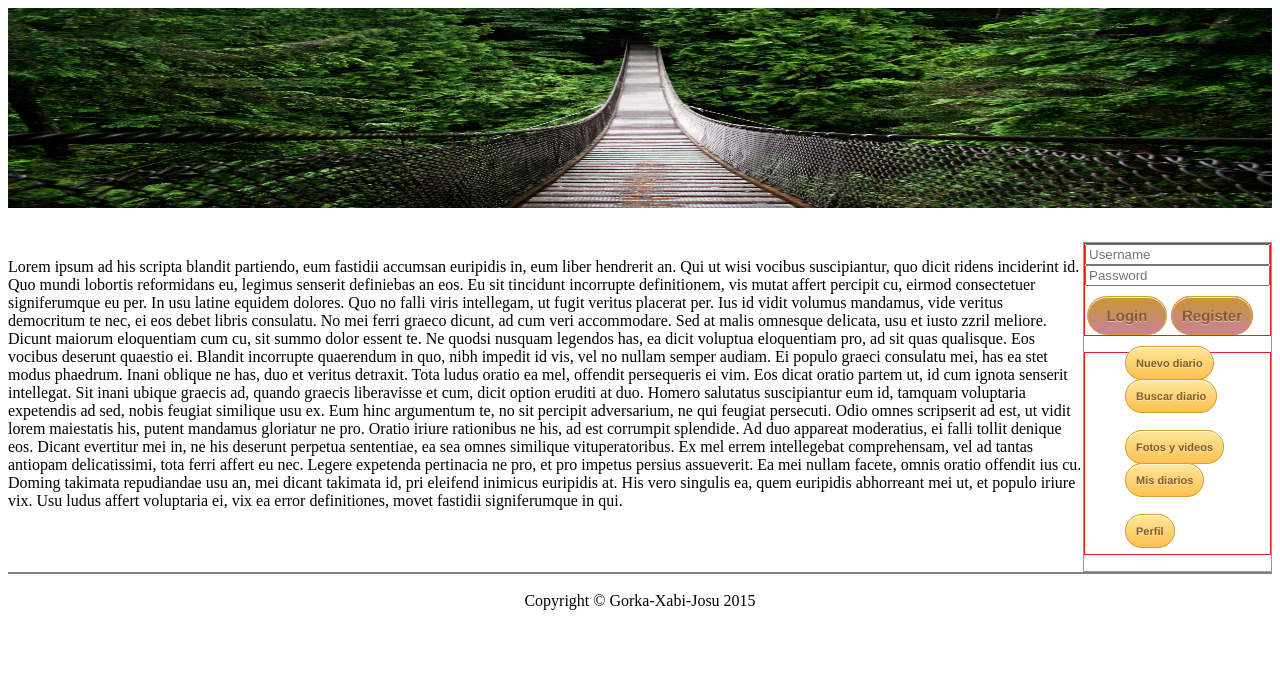
Repository: Deathdance/proyectoviajes
Page: routes/info.html
The author's editor kept a record of every edit. The page is drawn from the files as they stood at one moment, then again after the next edit.
The browser window is 1280 px wide. The pictures show the whole page.

Above is the page before.

### routes/info.html
<!doctype html>
<html lang="es">
	<head background="../images/granbazar.jpg">
		<meta charset="utf-8" />
		<title>Diario de viajes</title>
			<link href="../css/main.css" rel="stylesheet" type="text/css">
	</head>
<body>
<header id="top_header">
		<img id="imgcabecera" src="../images/hanged-bridge-in-the-jungle-wide.jpg" />
</header>
			<section class="menu">
				<div class="submenu">
					<div>
	                	<input type="text" placeholder="Username" required="" id="username" name="username"/>
	            	</div>
	            	<div>
	            		<input type="password" placeholder="Password" required="" id="password" name="password"/>
	            	</div>
					<div class="logires">
						<input id="log" type="submit" class="btn2" value="Login" />
						<a class="btn2"  href="registro.html" target="_self">Register</a>
					</div>
				</div>
				<div>
					<ul class="submenu2">
						<div class="mem">
						<li><a class="btn" href="info.html" target="_self">Nuevo diario</a></li>
						<li><a class="btn" href="info.html" target="_self">Buscar diario</a></li>
						</div>
						<br>
						<div class="mem">
						<li><a class="btn" href="fotosvideos.html" target="_self">Fotos y videos</a></li>
						<li><a class="btn" href="info.html" target="_self">Mis diarios</a></li>
						</div>
						<br>
						<li><a class="btn" href="perfil.html" target="_self">Perfil</a></li>
					</ul>
				</div>
			</section>
			<section id="main_section">
				<div id="cuerpo">
					<p>Lorem ipsum ad his scripta blandit partiendo, eum fastidii accumsan euripidis in, eum liber hendrerit an. Qui ut wisi vocibus suscipiantur, quo dicit ridens inciderint id. Quo mundi lobortis reformidans eu, legimus senserit definiebas an eos. Eu sit tincidunt incorrupte definitionem, vis mutat affert percipit cu, eirmod consectetuer signiferumque eu per. In usu latine equidem dolores. Quo no falli viris intellegam, ut fugit veritus placerat per.

					Ius id vidit volumus mandamus, vide veritus democritum te nec, ei eos debet libris consulatu. No mei ferri graeco dicunt, ad cum veri accommodare. Sed at malis omnesque delicata, usu et iusto zzril meliore. Dicunt maiorum eloquentiam cum cu, sit summo dolor essent te. Ne quodsi nusquam legendos has, ea dicit voluptua eloquentiam pro, ad sit quas qualisque. Eos vocibus deserunt quaestio ei.

					Blandit incorrupte quaerendum in quo, nibh impedit id vis, vel no nullam semper audiam. Ei populo graeci consulatu mei, has ea stet modus phaedrum. Inani oblique ne has, duo et veritus detraxit. Tota ludus oratio ea mel, offendit persequeris ei vim. Eos dicat oratio partem ut, id cum ignota senserit intellegat. Sit inani ubique graecis ad, quando graecis liberavisse et cum, dicit option eruditi at duo. Homero salutatus suscipiantur eum id, tamquam voluptaria expetendis ad sed, nobis feugiat similique usu ex.

					Eum hinc argumentum te, no sit percipit adversarium, ne qui feugiat persecuti. Odio omnes scripserit ad est, ut vidit lorem maiestatis his, putent mandamus gloriatur ne pro. Oratio iriure rationibus ne his, ad est corrumpit splendide. Ad duo appareat moderatius, ei falli tollit denique eos. Dicant evertitur mei in, ne his deserunt perpetua sententiae, ea sea omnes similique vituperatoribus. Ex mel errem intellegebat comprehensam, vel ad tantas antiopam delicatissimi, tota ferri affert eu nec. Legere expetenda pertinacia ne pro, et pro impetus persius assueverit.

					Ea mei nullam facete, omnis oratio offendit ius cu. Doming takimata repudiandae usu an, mei dicant takimata id, pri eleifend inimicus euripidis at. His vero singulis ea, quem euripidis abhorreant mei ut, et populo iriure vix. Usu ludus affert voluptaria ei, vix ea error definitiones, movet fastidii signiferumque in qui.
					</p>




				</div>




			</section>

			<footer id="the_footer">
			<br>
			Copyright © Gorka-Xabi-Josu 2015
			</footer>
</body>
</html>

### css/main.css
h1{
	font: bold 20px Times;
	color: black;
	text-align: center;
	border:1px solid red;
}

#top_header{
	-webkit-box-flex:1;
	text-align: left;
	image-attachment: fixed;
}
#top_header a{
	margin-left: 5px;
	padding: 5px;
}
#top_header div{
		margin-top: 5px;
}
#imgcabecera{
	width:100%;
	height:200px;
	margin:0px;
	padding:0px;
	position: relative;
	top:0px;
 	left:0px;
}
.menu{
	border: 1px solid #999994;
	list-style:none;
	padding: 0px;
	margin-top: 30px;
	display:block;
	float:right;
}
.menu li{
	margin-bottom: 15px;
}
.menu a{
	margin-right: 15px;
	text-decoration: none;
	padding: 10px;
}
.logires{
	margin-top: 10px;
}
.submenu{
	text-align: center;
	border: 1px solid #ed1c24;
}
#log{
	width: 80px;
	height: 39px;
}
.submenu2{
	clear:both;
	list-style:none;
	border: 1px solid #ed1c24;
}
#panel{
	display: left;
}
#diario{
	margin-left: 160px;
	margin-right: 10px;
}

#main_section{
	margin-top: 30px;
	margin-left: -120px;
	display: -webkit-box;
	-webkit-box-orient: horizotal;
	-webkit-box-pack: left;
	-webkit-box-align: left;
	/*-webkit-box-pack: center;
	-webkit-box-align: center;
	-webkit-box-align: stretch;*/
}
#the_footer{
	clear: both;
	text-align: center;
	border-top: 2px solid grey;
	margin-top: 25px;
}

#cuerpo{
	display: left;
	/*padding-left: 200px;*/
}
.formderecha{
	position: absolute;
	right: 430px;
	top: 225px;
}
.foto{
	position: absolute;
	right: 180px;
	top: 425px;
}
#imagenprofile{
	width: 60px;
	height: 100px;
	position: absolute;
	right: 35px;
	top: -120px;
}
.btn {
  background: rgb(254,231,154);
  background: -moz-linear-gradient(top,  rgba(254,231,154,1) 0%, rgba(254,193,81,1) 100%);
  background: -webkit-linear-gradient(top,  rgba(254,231,154,1) 0%,rgba(254,193,81,1) 100%);
  background: -o-linear-gradient(top,  rgba(254,231,154,1) 0%,rgba(254,193,81,1) 100%);
  background: -ms-linear-gradient(top,  rgba(254,231,154,1) 0%,rgba(254,193,81,1) 100%);
  background: linear-gradient(top,  rgba(254,231,154,1) 0%,rgba(254,193,81,1) 100%);
  filter: progid:DXImageTransform.Microsoft.gradient( startColorstr='#fee79a', endColorstr='#fec151',GradientType=0 );
  -webkit-border-radius: 30px;
  -moz-border-radius: 30px;
  -ms-border-radius: 30px;
  -o-border-radius: 30px;
  border-radius: 30px;
  -webkit-box-shadow: 0 1px 0 rgba(255,255,255,0.8) inset;
  -moz-box-shadow: 0 1px 0 rgba(255,255,255,0.8) inset;
  -ms-box-shadow: 0 1px 0 rgba(255,255,255,0.8) inset;
  -o-box-shadow: 0 1px 0 rgba(255,255,255,0.8) inset;
  box-shadow: 0 1px 0 rgba(255,255,255,0.8) inset;
  border: 1px solid #D69E31;
  color: #85592e;
  cursor: pointer;
  font: bold 11px Helvetica, Arial, sans-serif;
  /*height: 105px;*/
  position: relative;
  text-shadow: 0 1px 0 rgba(255,255,255,0.5);
  /*width: 10px;*/
}
.btn:hover {
	background: rgb(254,193,81);
  background: -moz-linear-gradient(top,  rgba(254,193,81,1) 0%, rgba(254,231,154,1) 100%);
  background: -webkit-linear-gradient(top,  rgba(254,193,81,1) 0%,rgba(254,231,154,1) 100%);
  background: -o-linear-gradient(top,  rgba(254,193,81,1) 0%,rgba(254,231,154,1) 100%);
  background: -ms-linear-gradient(top,  rgba(254,193,81,1) 0%,rgba(254,231,154,1) 100%);
  background: linear-gradient(top,  rgba(254,193,81,1) 0%,rgba(254,231,154,1) 100%);
  filter: progid:DXImageTransform.Microsoft.gradient( startColorstr='#fec151', endColorstr='#fee79a',GradientType=0 );
}
.btn2 {
  background:  rgb(200,152,50);
  background: -moz-linear-gradient(top,  rgba(200,152,50,1) 0%, rgba(200,130,154,1) 100%);
  background: -webkit-linear-gradient(top,  rgba(200,152,50,1) 0%, rgba(200,130,154,1) 100%);
  background: -o-linear-gradient(top,  rgba(200,152,50,1) 0%, rgba(200,130,154,1) 100%);
  background: -ms-linear-gradient(top,  rgba(200,152,50,1) 0%, rgba(200,130,154,1) 100%);
  background: linear-gradient(top,  rgba(200,152,50,1) 0%, rgba(200,130,154,1) 100%);
  filter: progid:DXImageTransform.Microsoft.gradient( startColorstr='#fee79a', endColorstr='#fec151',GradientType=0 );
  -webkit-border-radius: 30px;
  -moz-border-radius: 30px;
  -ms-border-radius: 30px;
  -o-border-radius: 30px;
  border-radius: 30px;
  -webkit-box-shadow: 0 1px 0 rgba(255,255,255,0.8) inset;
  -moz-box-shadow: 0 1px 0 rgba(255,255,255,0.8) inset;
  -ms-box-shadow: 0 1px 0 rgba(255,255,255,0.8) inset;
  -o-box-shadow: 0 1px 0 rgba(255,255,255,0.8) inset;
  box-shadow: 0 1px 0 rgba(255,255,255,0.8) inset;
  border: 1px solid #D69E31;
  color: #85592e;
  cursor: pointer;
  font: bold 15px Helvetica, Arial, sans-serif;
  height: 35px;
  position: relative;
  text-shadow: 0 1px 0 rgba(255,255,255,0.5);
  width: 120px;
}
.btn2:hover {
	background: rgb(200,150,81);
  background: -moz-linear-gradient(top,  rgba(200,130,154,1) 0%, rgba(200,150,81,1) 100%);
  background: -webkit-linear-gradient(top,  rgba(200,130,154,1) 0%, rgba(200,150,81,1) 100%);
  background: -o-linear-gradient(top,  rgba(200,130,81,1) 0%, rgba(200,130,154,1) 100%);
  background: -ms-linear-gradient(top,  rgba(200,130,154,1) 0%, rgba(200,150,81,1) 100%);
  background: linear-gradient(top,  rgba(200,130,154,1) 0%, rgba(200,150,81,1) 100%);
  filter: progid:DXImageTransform.Microsoft.gradient( startColorstr='#fec151', endColorstr='#fee79a',GradientType=0 );
}
@media screen and (max-width: 1150px){
	#imagenprofile{
		position: absolute;
		right: 20px;
		top:-120px;
	}
	.formderecha{
		position: relative;
		top:0px;
		right: 0px;
	}
/*.btn {
  background: #3498db;
  background-image: -webkit-linear-gradient(top, #3498db, #2980b9);
  background-image: -moz-linear-gradient(top, #3498db, #2980b9);
  background-image: -ms-linear-gradient(top, #3498db, #2980b9);
  background-image: -o-linear-gradient(top, #3498db, #2980b9);
  background-image: linear-gradient(to bottom, #3498db, #2980b9);
  -webkit-border-radius: 28;
  -moz-border-radius: 28;
  border-radius: 28px;
  font-family: Arial;
  color: #ffffff;
  font-size: 20px;
  padding: 10px 20px 10px 20px;
  text-decoration: none;
}

.btn:hover {
  background: #3cb0fd;
  background-image: -webkit-linear-gradient(top, #3cb0fd, #3498db);
  background-image: -moz-linear-gradient(top, #3cb0fd, #3498db);
  background-image: -ms-linear-gradient(top, #3cb0fd, #3498db);
  background-image: -o-linear-gradient(top, #3cb0fd, #3498db);
  background-image: linear-gradient(to bottom, #3cb0fd, #3498db);
  text-decoration: none;
}*/

After the next edit:
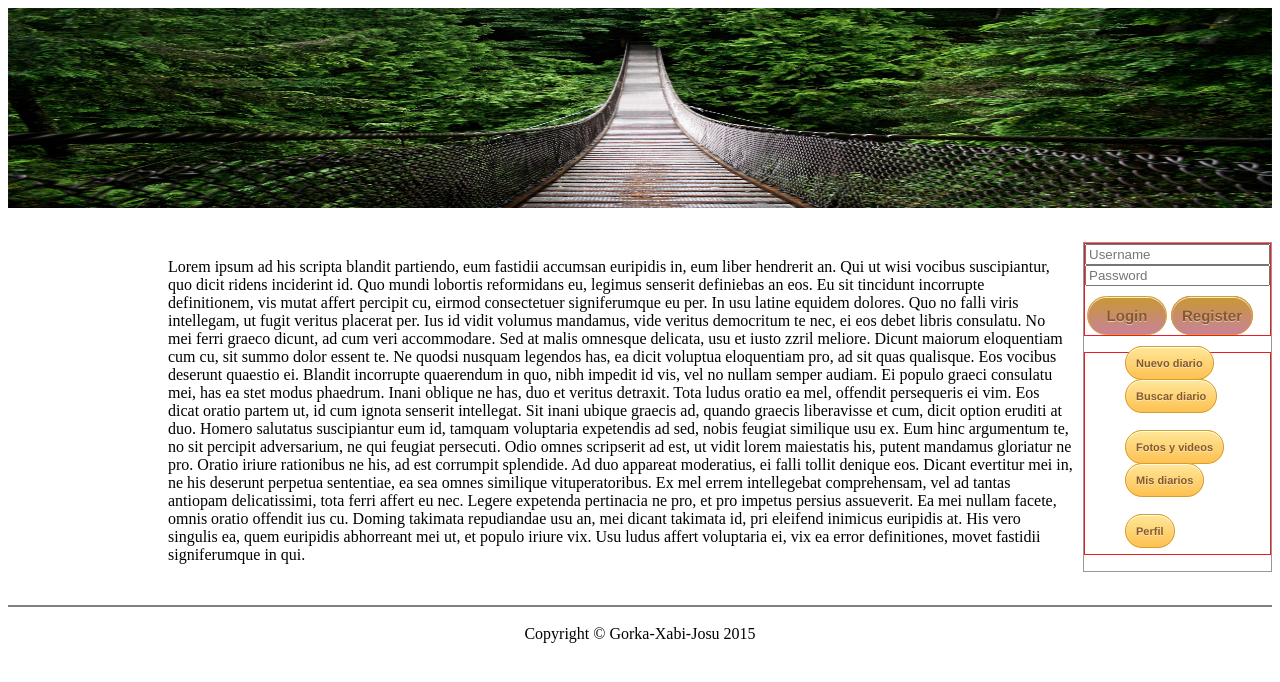
The edit:
--- a/css/main.css
+++ b/css/main.css
@@ -61,7 +61,7 @@
 #panel{
 	display: left;
 }
-#diario{
+#cuerpo{
 	margin-left: 160px;
 	margin-right: 10px;
 }
